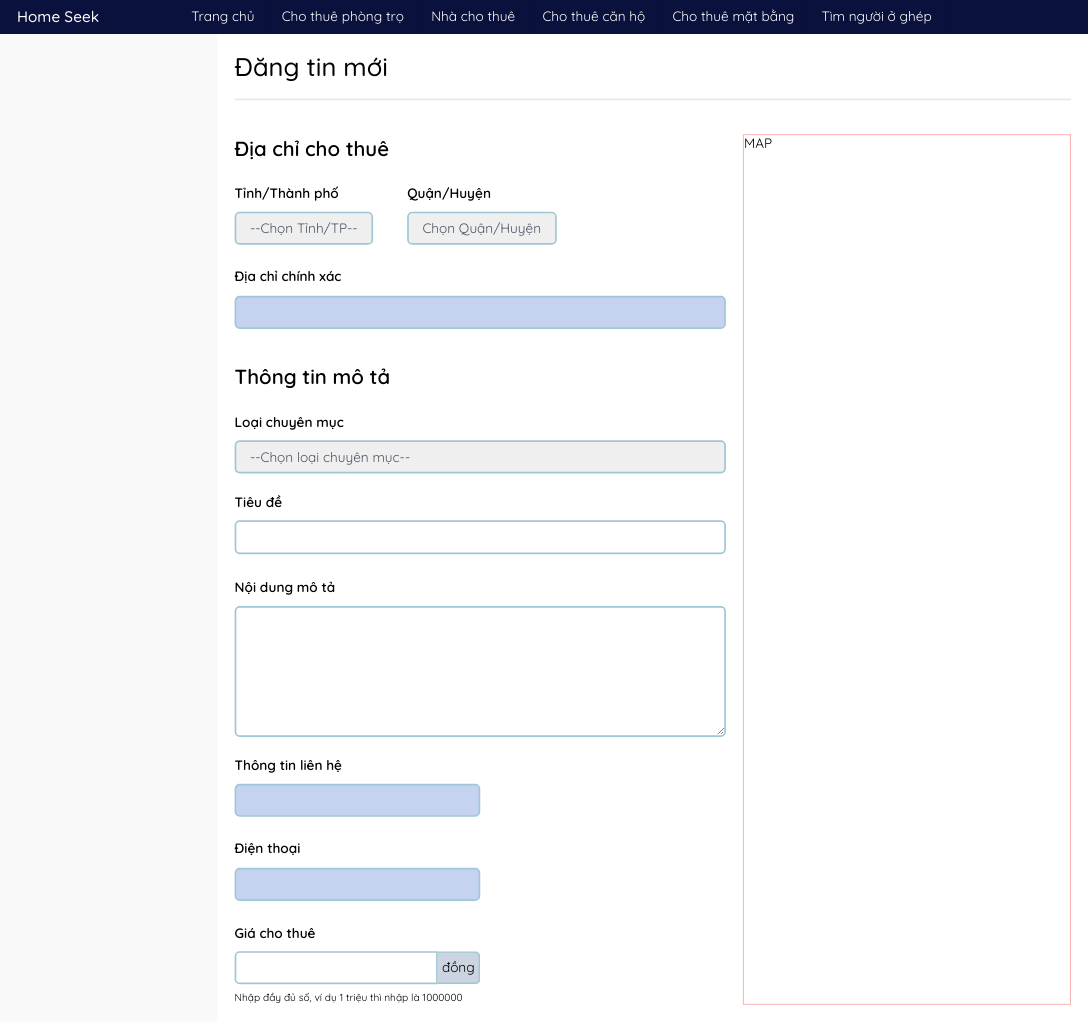
Repository: ajincome26/homeseek
Page: /create (app in client/)
The author's editor kept a copy of each file at every save. The page is drawn from the files as they stood at one save, then again after the next save.
The browser window is 1280 px wide. The pictures show the whole page, at 85% of full size.
The page's requests for data from a server got no answer. The project was rebuilt for these pictures with package versions that can differ from the ones it lists, and the page was loaded fresh each time. Some packages were replaced by stand-ins written for this rebuild. No one was signed in, and anything a server would have sent is missing. Also part of the build but not shown: client/vite.config.ts, client/src/components/Footer/Footer.tsx, client/src/components/Button/Button.tsx, client/src/components/Button/index.ts, client/src/utils/utils.tsx, client/src/components/MainHeader/components/User.tsx, client/src/components/Popover/Popover.tsx, client/src/components/Popover/index.ts and 15 more.

Above is the page before, as saved 2024-01-11 04:46:20.

### client/index.html
<!doctype html>
<html lang="en">
  <head>
    <meta charset="UTF-8" />
    <link rel="icon" type="image/svg+xml" href="/vite.svg" />
    <meta name="viewport" content="width=device-width, initial-scale=1.0" />
    <title>Home Seek</title>
    <link rel="preconnect" href="https://fonts.googleapis.com" />
    <link rel="preconnect" href="https://fonts.gstatic.com" crossorigin />
    <link
      href="https://fonts.googleapis.com/css2?family=Quicksand:wght@300;400;500;600;700&display=swap"
      rel="stylesheet"
    />
  </head>
  <body>
    <div id="root"></div>
    <script type="module" src="/src/main.tsx"></script>
  </body>
</html>

### client/src/main.tsx
import ReactDOM from 'react-dom/client'
import App from './App'
import './styles/index.scss'
import { BrowserRouter } from 'react-router-dom'
import { QueryClient, QueryClientProvider } from '@tanstack/react-query'
import { ReactQueryDevtools } from '@tanstack/react-query-devtools'
import { AuthProvider } from './contexts/auth.context'
import { ErrorBoundary } from './components/ErrorBoundary'

// Create a client
const queryClient = new QueryClient({
  defaultOptions: {
    queries: {
      refetchOnWindowFocus: false // disable việc fetch lại api khi focus tab window
    }
  }
})

ReactDOM.createRoot(document.getElementById('root')!).render(
  <BrowserRouter>
    <QueryClientProvider client={queryClient}>
      <AuthProvider>
        <ErrorBoundary>
          <App />
        </ErrorBoundary>
      </AuthProvider>
      <ReactQueryDevtools initialIsOpen={false} />
    </QueryClientProvider>
  </BrowserRouter>
)

### client/src/App.tsx
import { useEffect } from 'react'
import { useAuth } from './contexts/auth.context'
import useRoute from './useRoute'
import { LocalStorageEventTarget } from './utils/auth'
import { ToastContainer } from 'react-toastify'
import 'react-toastify/dist/ReactToastify.css'

function App() {
  const routeElements = useRoute()
  const { resetAuth } = useAuth()
  useEffect(() => {
    LocalStorageEventTarget.addEventListener('clearLS', () => {
      resetAuth()
    })
    return () => {
      LocalStorageEventTarget.removeEventListener('clearLS', () => {
        resetAuth()
      })
    }
  }, [resetAuth])
  return (
    <div className='bg-third'>
      <ToastContainer />
      <div>{routeElements}</div>
    </div>
  )
}

export default App

### client/src/styles/index.scss
@tailwind base;
@tailwind components;
@tailwind utilities;

@import 'reset';

body {
  font-family: 'Quicksand', sans-serif;
  font-size: 16px;
  line-height: 1.2;
}

select {
  -webkit-appearance: none;
  -moz-appearance: none;
  appearance: none;
}

::-webkit-scrollbar {
  width: 10px;
}
::-webkit-scrollbar-track {
  background-color: #fafafa;
}
::-webkit-scrollbar-thumb {
  background-color: #ccd0d7;
  border-radius: 50px;
}

/* Chrome, Safari, Edge, Opera */
input::-webkit-outer-spin-button,
input::-webkit-inner-spin-button {
  -webkit-appearance: none;
  margin: 0;
}
/* Firefox */
input[type='number'] {
  appearance: textfield;
}

.cr-truncate-1 {
  overflow: hidden;
  display: -webkit-box;
  -webkit-box-orient: vertical;
  -webkit-line-clamp: 1;
  text-overflow: ellipsis;
  word-break: break-word;
}

// class tailwind-sort
.cr-transition {
  @apply transition-all ease-linear duration-200;
}
.cr-hover-text {
  @apply hover:text-[#977616] transition-colors ease-linear duration-200 cursor-pointer;
}
.cr-input-text {
  @apply px-3 py-2 border-[2px] border-[#a0c7d6] outline-none rounded-md focus:border-[#4b5fc2] cr-transition box-border w-full;
}

### client/src/contexts/auth.context.tsx
import React, { createContext, useContext, useState } from 'react'
import { User } from '~/types/user.type'
import { getAccessToken, getUserInfoFromStorage } from '~/utils/auth'

interface AuthProviderType {
  isLoggedIn: boolean
  setIsLoggedIn: React.Dispatch<React.SetStateAction<boolean>>
  userInfo: User | null
  setUserInfo: React.Dispatch<React.SetStateAction<User | null>>
  resetAuth: () => void
}
const initialContext: AuthProviderType = {
  isLoggedIn: Boolean(getAccessToken()),
  setIsLoggedIn: () => null,
  userInfo: getUserInfoFromStorage(),
  setUserInfo: () => null,
  resetAuth: () => null
}

const AuthContext = createContext<AuthProviderType>(initialContext)
const useAuth = () => {
  const context = useContext(AuthContext)
  if (typeof context === 'undefined') throw new Error('useAuth must be used within a AuthContext')
  return context
}
const AuthProvider = ({ children }: { children: React.ReactNode }) => {
  const [isLoggedIn, setIsLoggedIn] = useState(initialContext.isLoggedIn)
  const [userInfo, setUserInfo] = useState(initialContext.userInfo)
  const resetAuth = () => {
    setIsLoggedIn(false)
    setUserInfo(null)
  }
  return (
    <AuthContext.Provider value={{ isLoggedIn, setIsLoggedIn, userInfo, setUserInfo, resetAuth }}>
      {children}
    </AuthContext.Provider>
  )
}

// eslint-disable-next-line react-refresh/only-export-components
export { useAuth, AuthProvider }

### client/src/components/ErrorBoundary/index.ts
export { default as ErrorBoundary } from './ErrorBoundary'

### client/src/useRoute.tsx
import { useRoutes } from 'react-router-dom'
import { path } from './constants/path'
import { MainLayout } from './layouts/MainLayout'
import ManageLayout from './layouts/ManageLayout/ManageLayout'
import { CreatePost } from './pages/CreatePostPage'
import { HomePage } from './pages/HomePage'
import { LoginPage } from './pages/LoginPage'
import { RegisterPage } from './pages/RegisterPage'

const { HOME, LOGIN, REGISTER, OAUTH, CREATE } = path

const useRoute = () => {
  return useRoutes([
    {
      path: LOGIN,
      element: <LoginPage />
    },
    {
      path: REGISTER,
      element: <RegisterPage />
    },
    {
      path: OAUTH,
      element: <LoginPage />
    },
    {
      path: OAUTH,
      element: <RegisterPage />
    },
    // Authen không ảnh hưởng
    {
      element: <ManageLayout />,
      children: [
        {
          index: true,
          path: CREATE,
          element: <CreatePost />
        }
      ]
    },
    {
      element: <MainLayout />,
      children: [
        {
          index: true,
          path: HOME,
          element: <HomePage />
        }
      ]
    }
  ])
}

export default useRoute

### client/src/utils/auth.ts
import { User } from '~/types/user.type'

export const LocalStorageEventTarget = new EventTarget()

export const getAccessToken = () => localStorage.getItem('accessToken') || ''
export const getRefreshToken = () => localStorage.getItem('refreshToken') || ''
export const setAccessToken = (accessToken: string) => localStorage.setItem('accessToken', accessToken)
export const setRefreshToken = (refreshToken: string) => localStorage.setItem('refreshToken', refreshToken)
export const getUserInfoFromStorage = () => {
  const info = localStorage.getItem('userInfo')
  return info ? JSON.parse(info) : null
}
export const setUserInfoToStorage = (userInfo: User) => localStorage.setItem('userInfo', JSON.stringify(userInfo))

export const clearLocalStorage = () => {
  localStorage.removeItem('accessToken')
  localStorage.removeItem('refreshToken')
  localStorage.removeItem('userInfo')
  const clearLSEvent = new Event('clearLS')
  LocalStorageEventTarget.dispatchEvent(clearLSEvent)
}

### client/src/styles/_reset.scss
*,
*::before,
*::after {
  box-sizing: border-box;
}
* {
  margin: 0;
  padding: 0;
}

html,
body {
  height: 100%;
}
body {
  line-height: 1.5;
  -webkit-font-smoothing: antialiased;
  -webkit-tap-highlight-color: rgba(0, 0, 0, 0);
}
a {
  text-decoration: none;
  color: inherit;
}
img,
picture,
video,
canvas,
svg {
  display: block;
  // max-width: 100%;
}
input,
button,
textarea,
select {
  font: inherit;
  outline: none;
}
option:checked {
  background-color: #0891b2;
  color: white;
  font-style: italic;
}
p,
h1,
h2,
h3,
h4,
h5,
h6 {
  overflow-wrap: break-word;
}

### client/src/constants/path.ts
export const path = {
  HOME: '/',
  LOGIN: '/login',
  OAUTH: '/login/oauth',
  REGISTER: '/register',
  LOGOUT: '/logout',

  ROOM_FOR_RENT: '/room-for-rent',
  HOUSE_FOR_RENT: '/house-for-rent',
  APARTMENT_FOR_RENT: '/apartment-for-rent',
  GROUND_FOR_RENT: '/ground-for-rent',
  FIND_A_ROOMATE: '/find-a-roomate',

  CREATE: '/create',
  MANAGE: '/manage',
  PROFILE: '/user/profile',
  CHANGE_PASSWORD: '/user/change-password',

  CONTACT: '/contact',

  NOT_FOUND: '*'
}

### client/src/layouts/MainLayout/index.ts
export { default as MainLayout } from './MainLayout'

### client/src/layouts/ManageLayout/ManageLayout.tsx
import { Outlet } from 'react-router-dom'
import { Sidebar } from '~/components/Sidebar'
import { SubHeader } from '~/components/SubHeader'

const ManageLayout = () => {
  return (
    <>
      <SubHeader />
      <div className='pt-[40px] flex'>
        <div className='min-h-[calc(100vh-40px)] basis-1/5'>
          <Sidebar />
        </div>
        <div className='bg-white basis-4/5'>
          <Outlet />
        </div>
      </div>
    </>
  )
}

export default ManageLayout

### client/src/pages/CreatePostPage/index.ts
export { default as CreatePost } from './CreatePost'

### client/src/pages/HomePage/index.ts
export { default as HomePage } from './HomePage'

### client/src/pages/LoginPage/index.ts
export { default as LoginPage } from './LoginPage'

### client/src/pages/RegisterPage/index.ts
export { default as RegisterPage } from './RegisterPage'

### client/src/components/Sidebar/index.ts
export { default as Sidebar } from './Sidebar'

### client/src/components/SubHeader/index.ts
export { default as SubHeader } from './SubHeader'

### client/src/pages/CreatePostPage/CreatePost.tsx
import { yupResolver } from '@hookform/resolvers/yup'
import { useForm } from 'react-hook-form'
import { postSchema, PostSchema } from '~/utils/schema'
import Address from './components/Address'
import Overview from './components/Overview'

export type FormPost = PostSchema

const CreatePost = () => {
  const { handleSubmit } = useForm<FormPost>({
    resolver: yupResolver(postSchema)
  })
  const handleCreatePost = (data: FormPost) => {}
  return (
    <div className='p-5 text-black'>
      <h2 className='w-full pb-5 text-3xl font-medium border-b-2'>Đăng tin mới</h2>
      <div className='flex gap-5 mt-10'>
        <form onSubmit={handleSubmit(handleCreatePost)} className='flex flex-col gap-10 basis-[60%]'>
          <Address />
          <Overview />
        </form>
        <div className='border border-red-300 map basis-[40%]'>MAP</div>
      </div>
    </div>
  )
}

export default CreatePost

### client/src/components/SubHeader/SubHeader.tsx
import { Link } from 'react-router-dom'
import { SubNavigation } from '../SubNavigation'

const SubHeader = () => {
  return (
    <div className='fixed w-full h-[40px] bg-primary text-white flex items-center gap-12 px-5'>
      <Link to={'/'} className='text-lg font-medium cursor-pointer hover:text-sixth cr-transition'>
        Home Seek
      </Link>
      <div className='w-[80%]'>
        <SubNavigation />
      </div>
    </div>
  )
}

export default SubHeader

### client/src/pages/CreatePostPage/components/Overview.tsx
import { yupResolver } from '@hookform/resolvers/yup'
import { useState } from 'react'
import { Field } from '~/components/Field'
import { Input, InputNumber, InputReadOnly } from '~/components/Input'
import { Select } from '~/components/Select'
import { categories } from '~/constants/data'
import { useForm } from 'react-hook-form'
import { postSchema, PostSchema } from '~/utils/schema'
import { Label } from '~/components/Label'

export type FormCreatePost = PostSchema

const Overview = () => {
  const [category, setCategory] = useState('')
  const {
    register,
    handleSubmit,
    setError,
    formState: { errors }
  } = useForm<FormCreatePost>({
    resolver: yupResolver(postSchema)
  })
  return (
    <div>
      <h1 className='mb-5 text-2xl font-semibold'>Thông tin mô tả</h1>
      <div className='flex flex-col gap-4'>
        <Field>
          <Label textColor='text-black' htmlFor='cate'>
            Loại chuyên mục
          </Label>
          <Select
            type='category'
            optionTitle='--Chọn loại chuyên mục--'
            categories={categories as []}
            value={category}
            setValue={setCategory}
          />
        </Field>
        <Field>
          <Label textColor='text-black' htmlFor='title'>
            Tiêu đề
          </Label>
          <Input className='cr-input-text' register={register} name='title' />
        </Field>
        <Field>
          <Label textColor='text-black' htmlFor='desc'>
            Nội dung mô tả
          </Label>
          <textarea
            id='desc'
            className='cr-input-text'
            rows={7}
            // value={payload.description}
            // onChange={(e) => setPayload((prev) => ({ ...prev, description: e.target.value }))}
            // onFocus={() => setInvalidFields([])}
          />
        </Field>
        <div className='w-1/2'>
          <Field>
            <Label textColor='text-black' htmlFor='username'>
              Thông tin liên hệ
            </Label>
            <InputReadOnly className='mb-5' id='username' data={''} />
          </Field>
          <Field>
            <Label textColor='text-black' htmlFor='phone'>
              Điện thoại
            </Label>
            <InputReadOnly className='mb-5' id='phone' data={''} />
          </Field>
          <Field>
            <Label textColor='text-black' htmlFor='price'>
              Giá cho thuê
            </Label>
            <InputNumber className='rounded-tl-md rounded-bl-md' id='price' unit='đồng' />
          </Field>
        </div>
      </div>
    </div>
  )
}

export default Overview

### client/src/components/Field/index.ts
export { default as Field } from './Field'

### client/src/components/Input/index.ts
export { default as Input } from './Input'
export { default as InputPassword } from './InputPassword'
export { default as InputSearch } from './InputSearch'
export { default as InputNumber } from './InputNumber'
export { default as InputFile } from './InputFile'
export { default as InputReadOnly } from './InputReadOnly'

### client/src/components/Label/index.ts
export { default as Label } from './Label'

### client/src/constants/data.tsx
import { path } from './path'
import icons from '~/utils/icons'
import { CategoryType } from '~/types/category.type'

const { BsPencilSquare, MdOutlineLibraryBooks, TbUserCircle, FaUserEdit, TbBrandMessenger } = icons

const {
  ROOM_FOR_RENT,
  HOUSE_FOR_RENT,
  APARTMENT_FOR_RENT,
  GROUND_FOR_RENT,
  FIND_A_ROOMATE,
  CREATE,
  MANAGE,
  PROFILE,
  CONTACT
} = path

export const categories = [
  { id: 1, name: 'Cho thuê phòng trọ', path: ROOM_FOR_RENT },
  { id: 2, name: 'Nhà cho thuê', path: HOUSE_FOR_RENT },
  { id: 3, name: 'Cho thuê căn hộ', path: APARTMENT_FOR_RENT },
  { id: 4, name: 'Cho thuê mặt bằng', path: GROUND_FOR_RENT },
  { id: 5, name: 'Tìm người ở ghép', path: FIND_A_ROOMATE }
] as CategoryType[]

export const dataManage = [
  {
    id: 1,
    text: 'Đăng tin cho thuê',
    path: CREATE,
    icon: <BsPencilSquare />
  },
  {
    id: 2,
    text: 'Quản lý tin đăng',
    path: MANAGE,
    icon: <MdOutlineLibraryBooks />
  },
  {
    id: 3,
    text: 'Thông tin tài khoản',
    path: PROFILE,
    icon: <TbUserCircle />
  }
]

export const dataSidebar = [
  {
    id: 1,
    text: 'Đăng tin cho thuê',
    path: CREATE,
    icon: <BsPencilSquare />
  },
  {
    id: 2,
    text: 'Quản lý tin đăng',
    path: MANAGE,
    icon: <MdOutlineLibraryBooks />
  },
  {
    id: 3,
    text: 'Sửa thông tin cá nhân',
    path: PROFILE,
    icon: <FaUserEdit />
  },
  {
    id: 4,
    text: 'Liên hệ',
    path: CONTACT,
    icon: <TbBrandMessenger />
  }
]

### client/src/components/SubNavigation/index.ts
export { default as SubNavigation } from './SubNavigation'

### client/src/apis/province.api.ts
import { Province } from '~/types/province.type'
import { apiGetPublicProvinces } from '~/utils/utils'

const provinceApi = {
  getProvinces: () => apiGetPublicProvinces.get<Province[]>('/')
}

export default provinceApi

### client/src/components/Select/index.ts
export { default as Select } from './Select'

### client/src/components/Field/Field.tsx
interface Props {
  children: JSX.Element | JSX.Element[]
}

const Field = ({ children }: Props) => {
  return <div className='flex flex-col items-start'>{children}</div>
}

export default Field

### client/src/components/Input/Input.tsx
import { InputHTMLAttributes } from 'react'
import type { FieldValues, FieldPath, UseFormRegister } from 'react-hook-form'

export interface InputProps<TFieldValues extends FieldValues> extends InputHTMLAttributes<HTMLInputElement> {
  name: FieldPath<TFieldValues>
  errorMessage?: string
  register: UseFormRegister<TFieldValues>
  isHover?: boolean
}

const Input = <TFieldValues extends FieldValues = FieldValues>({
  className,
  type,
  name,
  children,
  errorMessage,
  register,
  isHover,
  ...props
}: InputProps<TFieldValues>) => {
  return (
    <div className='relative w-full'>
      <input
        id={name}
        type={type || 'text'}
        {...register(name)}
        {...props}
        className={`mb-[6px] border rounded-lg py-3 bg-grayField transition w-full focus:bg-white ${
          children ? 'pl-4 pr-10' : 'px-4'
        } ${isHover ? 'hover:border-primary focus:border-primary' : ''} ${className}`}
        autoComplete='on'
      />
      <span className='absolute top-1/2 right-3 translate-y-[-110%] cursor-pointer text-grayDark'>{children}</span>
      {errorMessage && <div className='text-sm text-red-500 min-h-[1rem] leading-4'>{errorMessage}</div>}
    </div>
  )
}

export default Input

### client/src/components/Input/InputNumber.tsx
import { forwardRef, InputHTMLAttributes, useState } from 'react'

export interface InputNumberProps extends InputHTMLAttributes<HTMLInputElement> {
  unit?: string
}

const InputNumber = forwardRef<HTMLInputElement, InputNumberProps>(function InputNumberInner(
  { className, onChange, value = '', unit, ...rest },
  ref
) {
  const [localValue, setLocalValue] = useState<string>(value as string)
  const handleChange = (e: React.ChangeEvent<HTMLInputElement>) => {
    const { value } = e.target
    if (/^\d+$/.test(value) || value === '') {
      // thực thi onChange callback từ bên ngoài truyền vào props
      onChange && onChange(e)
      // cập nhật localValue state
      setLocalValue(value)
    }
  }

  return (
    <div className='w-full'>
      <div className='flex'>
        <input
          value={value || localValue}
          className={`px-3 py-2 border-[2px] border-[#a0c7d6] outline-none focus:border-[#4b5fc2] cr-transition box-border flex-1 ${className}`}
          autoComplete='on'
          onChange={handleChange}
          ref={ref}
          {...rest}
        />
        {unit && (
          <span className='min-h-full w-[50px] bg-slate-300 flex items-center justify-center rounded-tr-md rounded-br-md border-[2px] border-l-0 border-[#a0c7d6]'>
            {unit}
          </span>
        )}
      </div>
      {unit === 'đồng' && <p className='mt-2 text-xs'>Nhập đầy đủ số, ví dụ 1 triệu thì nhập là 1000000</p>}
    </div>
  )
})

export default InputNumber

### client/src/components/Input/InputReadOnly.tsx
import { InputHTMLAttributes } from 'react'

export interface InputProps extends InputHTMLAttributes<HTMLInputElement> {
  id: string
  data: string
}

const InputReadOnly = ({ id, data, className }: InputProps) => {
  return (
    <div className='w-full'>
      <input type='text' id={id} value={data || ''} className={`cr-input-text bg-[#c5d3f1] ${className}`} readOnly />
    </div>
  )
}

export default InputReadOnly

### client/src/components/Label/Label.tsx
interface Props {
  htmlFor: string
  children: string
  textColor?: string
}

const Label = ({ htmlFor, children, textColor }: Props) => {
  return (
    <label className={`${textColor || 'text-white'} mt-2 mb-3 font-semibold cursor-pointer`} htmlFor={htmlFor}>
      {children}
    </label>
  )
}

export default Label

### client/src/components/SubNavigation/SubNavigation.tsx
import { NavLink } from 'react-router-dom'
import { categories } from '~/constants/data'

const notActive = 'hover:bg-secondary px-4 h-full flex items-center bg-primary transition-all ease-linear duration-300'
const active = 'hover:bg-secondary px-4 h-full flex items-center bg-secondary'
const SubNavigation = () => {
  return (
    <div className='w-full h-[40px] flex justify-center items-center'>
      <div className='flex items-center h-full'>
        <NavLink to={'/'} className={({ isActive }) => (isActive ? active : notActive)}>
          Trang chủ
        </NavLink>
        {categories?.length > 0 &&
          categories.map((item, index) => {
            return (
              <div key={index} className='h-full'>
                <NavLink to={item.path} className={({ isActive }) => (isActive ? active : notActive)}>
                  {item.name}
                </NavLink>
              </div>
            )
          })}
      </div>
    </div>
  )
}

export default SubNavigation

Loaded but not shown: client/tailwind.config.js (37 lines, source omitted); client/src/utils/schema.ts (64 lines, source omitted); client/src/pages/CreatePostPage/components/Address.tsx (82 lines, source omitted); client/src/components/Select/Select.tsx (49 lines, source omitted); client/src/utils/icons.ts (69 lines, source omitted)

After the next save:
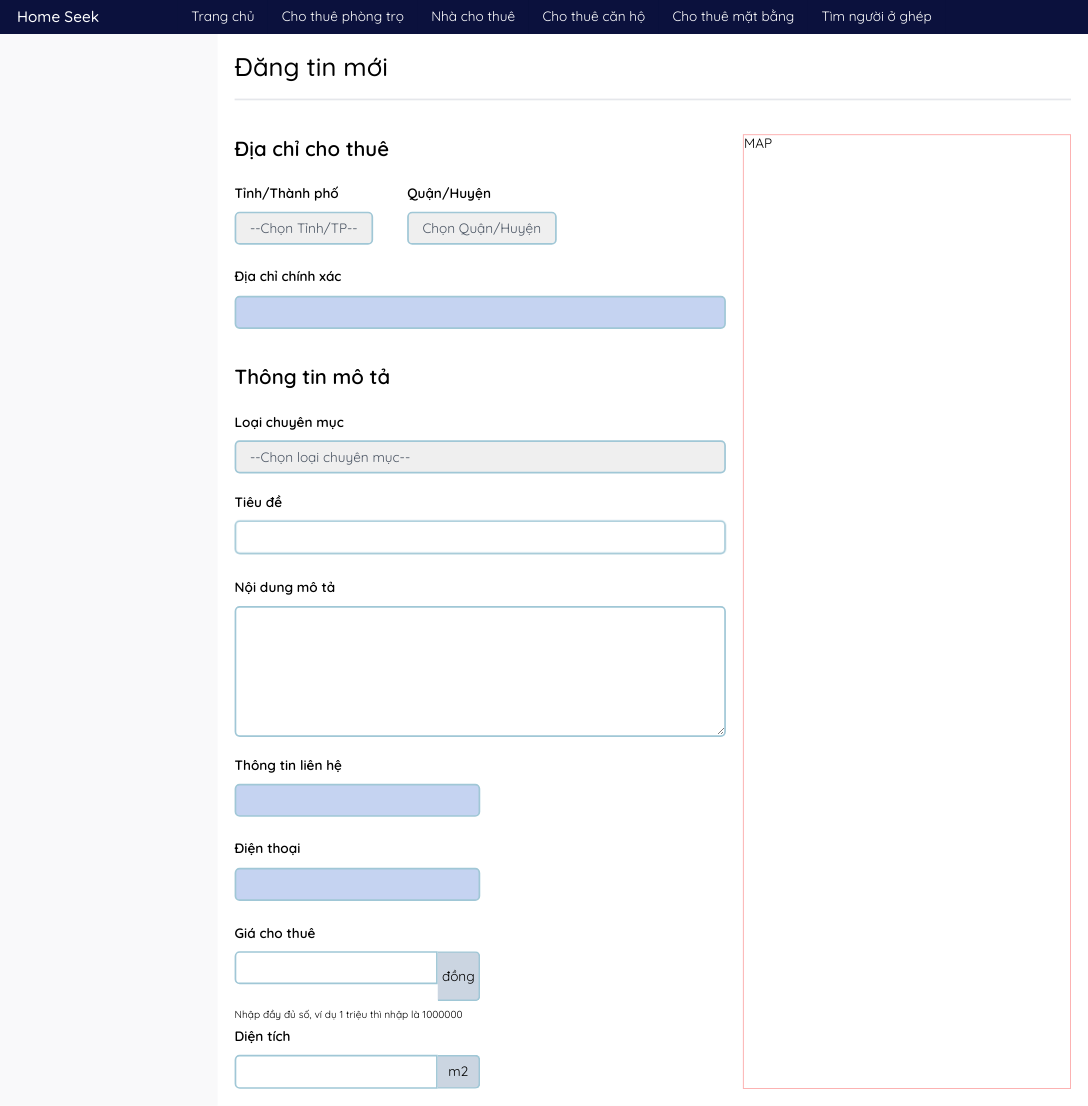
Saved 95 s later.
--- a/client/src/pages/CreatePostPage/components/Overview.tsx
+++ b/client/src/pages/CreatePostPage/components/Overview.tsx
@@ -72,7 +72,13 @@ const Overview = () => {
             <Label textColor='text-black' htmlFor='price'>
               Giá cho thuê
             </Label>
-            <InputNumber className='rounded-tl-md rounded-bl-md' id='price' unit='đồng' />
+            <InputNumber className='rounded-tl-md rounded-bl-md mb-5' id='price' unit='đồng' />
+          </Field>
+          <Field>
+            <Label textColor='text-black' htmlFor='acreage'>
+              Diện tích
+            </Label>
+            <InputNumber className='rounded-tl-md rounded-bl-md' id='acreage' unit='m2' />
           </Field>
         </div>
       </div>
